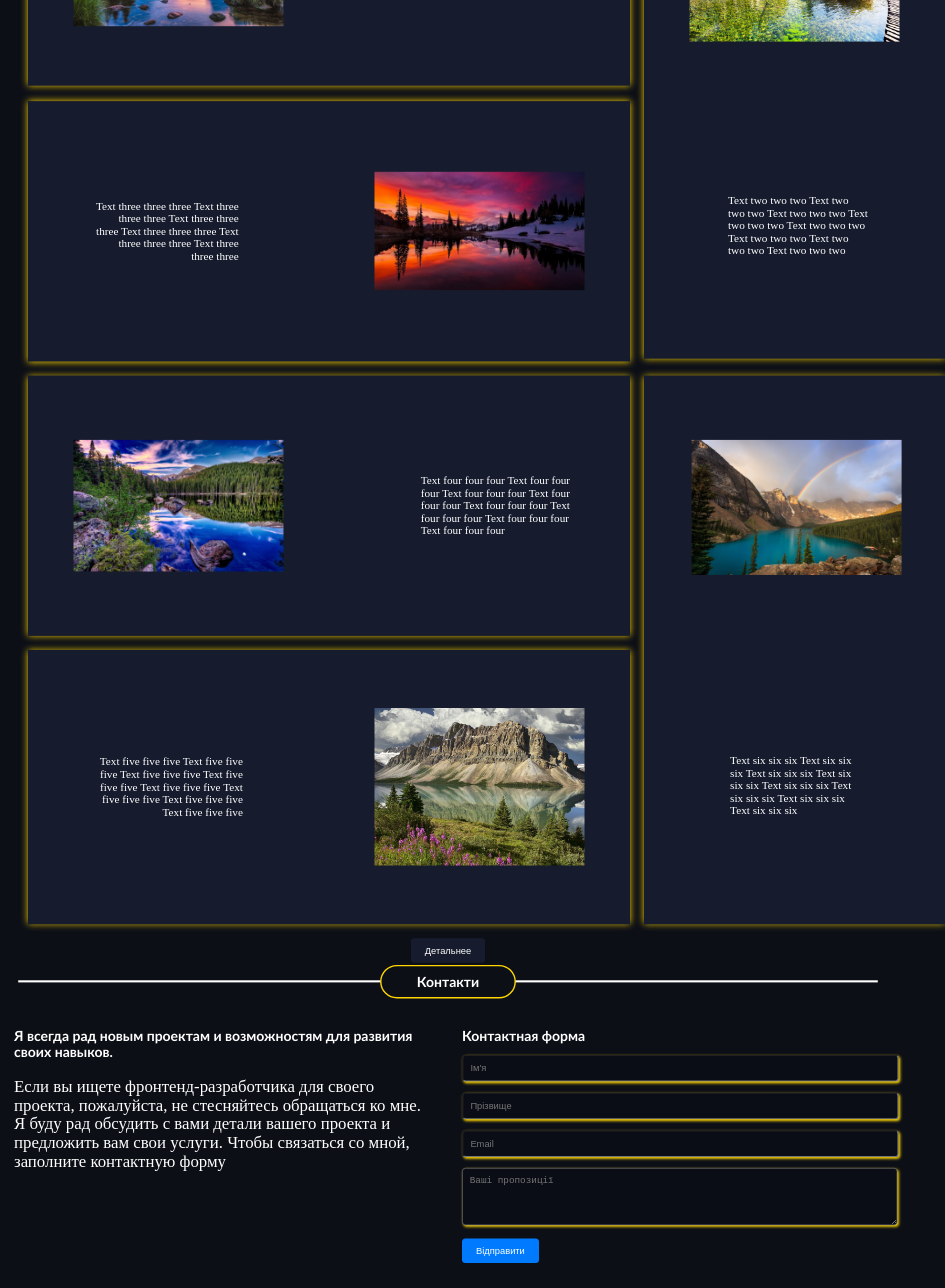
Repository: qtqqrdy13/cv-2
Page: index.html
An editor plug-in stored every save of this project. The page is shown before and after the next save, followed by the edit.
The browser window is 1280 px wide. The page is 1350 px wide, so the pictures cover 1350 px, including what lies to the right of the window. The pictures show the part of the page from y = 3228 to 5068 px (the page is 5068 px tall), at 70% of full size.

Above is the page before, as saved 2023-10-12 15:54:17.

### index.html
<!DOCTYPE html>
<html lang="en">

<head>
    <link rel="stylesheet" href="main.css">
    <meta charset="UTF-8">
    <meta name="viewport" content="width=device-width, initial-scale=1.0">
    <title>Батуров Олексій</title>
</head>

<body>
    <!--Navigation-->
    <header>
        <div class="logo">
            <img src="../cv 2/image/media/logo.png" alt="logo">
        </div>
        <nav>
            <ul>
                <li><a href="">Головна</a></li>
                <li><a href="#about">Про мене</a></li>
                <li><a href="#skills">Мої скіли</a></li>
                <li><a href="#portfolio">Портфоліо</a></li>
                <li><a href="">Контакти</a></li>
            </ul>
        </nav>
    </header>
    <!--Navigation-->

    <!--Two images-->
    <div class="container-top">
        <div class="img-container">
            <img class="img-1" src="../cv 2/image/code.gif" alt="">
            <img class="img-2" src="../cv 2/image/photo_2023-09-09_18-51-06.jpg" alt="">
        </div>
        <!--Two images-->

        <!--About Oleksiy-->
        <div class="container-text">
            <div id="about"></div>
            <div class="text-block">
                <h1>Олексій Батуров</h1>
            </div>
        </div>
    </div>
    <div class="description">
        <p>Я професіонал, чия пристрасть до веб-розробки
            помітна в кожному рядку коду, який я створюю.
            За час моєї практики я набув глибоких знань у
            різних галузях веб-технологій, включаючи HTML,
            CSS, JavaScript, а також популярні фреймворки
            та бібліотеки. Мої навички дозволяють мені
            створювати унікальні та сучасні веб-сайти,
            які поєднують у собі функціональність, стиль
            та оптимальну продуктивність. </p>
    </div>
    <!--About Oleksiy-->

    <!--Edge-->
    <div id="about_us">
        <div class="announcement">
            <h2 class="title">
                Скіли
            </h2>
        </div>
    </div>
    <!--Edge-->

    <!--Skills-->
    <div id="skills"></div>
    <div class="container">
        <div class="row">
            <div class="block">
                <h2>Скіли Дизайнера</h2>
                <div class="content">
                    <ul>
                        <li>Figma</li>
                        <li>Photoshop</li>
                        <li>Illustrator</li>
                        <li>Scratch</li>
                        <li>AdobeXD</li>
                        <li>Corel Draw</li>
                    </ul>
                </div>
            </div>
            <div class="block">
                <h2>Скіли Front-End розробника</h2>
                <div class="content">
                    <ul>
                        <li>HTML</li>
                        <li>CSS</li>
                        <li>JavaScript</li>
                        <li>ReactJS</li>
                        <li>ReactNative</li>
                        <li>AngularJS</li>
                        <li>NodeJS</li>
                        <li>VueJS</li>
                        <li>JQuerry</li>
                        <li>TypeScript</li>
                        <li>PHPMyAdmin</li>
                    </ul>
                </div>
            </div>
            <div class="block">
                <h2>Володіння CMS - платформами</h2>
                <div class="content">
                    <ul>
                        <li>WordPress</li>
                        <li>OpenCard</li>
                        <li>Joomla</li>
                        <li>Drupal</li>
                        <li>TYPEO3</li>
                    </ul>
                </div>
            </div>
        </div>
    </div>
    <!--Skills-->

    <!--Edge-->
    <div id="about_us">
        <div class="announcement">
            <h2 class="title">
                Портфоліо
            </h2>
        </div>
    </div>
    <!--Edge-->

    <!--Portfolio-->
    <div class="angry-grid">
        <div id="portfolio"></div>
        <div id="item-0">
            <img src="../cv 2/image/media/1.jpg" alt="Image 0" />
            <p>Text one one one Text one one one Text one one one Text one one one
                Text one one one Text one one one Text one one one Text one one one
            </p>
        </div>
        <div id="item-1">
            <img src="../cv 2/image/media/2.jpg" alt="Image 1" />
            <p>Text two two two Text two two two Text two two two Text two two two
                Text two two two Text two two two Text two two two Text two two two
            </p>
        </div>
        <div id="item-2">
            <div class="content-container">
                <p>Text three three three Text three three three Text three three three
                    Text three three three Text three three three Text three three three
                </p>
                <img src="../cv 2/image/media/3.jpg" alt="Image 2" />
            </div>
        </div>
        <div id="item-3">
            <img src="../cv 2/image/media/4.jpg" alt="Image 3" />
            <p>Text four four four Text four four four Text four four four Text four four four
                Text four four four Text four four four Text four four four Text four four four
            </p>
        </div>
        <div id="item-4">
            <div class="content-container">
                <p>Text five five five Text five five five Text five five five Text five five five
                    Text five five five Text five five five Text five five five Text five five five
                </p>
                <img src="../cv 2/image/media/5.jpg" alt="Image 4" />
            </div>
        </div>
        <div id="item-5">
            <img src="../cv 2/image/media/6.jpg" alt="Image 5" />
            <p>Text six six six Text six six six Text six six six Text six six six
                Text six six six Text six six six Text six six six Text six six six
            </p>
        </div>
    </div>

    <div class="detail-button">
        <button>Детальнее</button>
    </div>
    <!--Portfolio-->
    <!--Edge-->
    <div id="about_us">
        <div class="announcement">
            <h2 class="title">
                Контакти
            </h2>
        </div>
    </div>
    <!--Edge-->
    </div>
    <div class="container_contact">
        <div class="text">
            <h2>Я всегда рад новым проектам и возможностям для развития своих навыков. </h2>
            <p>Если вы ищете фронтенд-разработчика для своего проекта, пожалуйста, не стесняйтесь обращаться ко мне. Я
                буду рад обсудить с вами детали вашего проекта и предложить вам свои услуги.

                Чтобы связаться со мной, заполните контактную форму</p>
        </div>
        <div class="form">
            <h2>Контактная форма</h2>
            <form method="post">
                <div class="form-group">
                    <input type="text" id="name" name="name" placeholder="Ім'я" required>
                </div>
                <div class="form-group">
                    <input type="text" id="secondname" name="secondname" placeholder="Прізвище" required>
                </div>
                <div class="form-group">
                    <input type="text" id="email" name="email" placeholder="Email">
                </div>
                <div class="form-group">
                    <textarea id="message" name="message" rows="4" placeholder="Ваші пропозиції" required></textarea>
                </div>
                <div class="form-group">
                    <button type="submit">Відправити</button>
                </div>
            </form>
        </div>
    </div>
</body>

</html>

### main.css
body {
    background-color: #0d0f17;
    margin: 0;
    padding: 0;

}

/*Navigation*/
header {
    background-color: #161C2E;
    color: white;
    padding: 10px 0px;
    position: fixed;
    top: 0;
    width: 100%;
    display: flex;
    justify-content: space-between;
    align-items: center;
    z-index: 1000;
}

.logo img {
    height: 50px;
    margin-left: 50px;
}

nav ul {
    list-style: none;
    margin-right: 50px;
}

nav li {
    display: inline;
    margin-right: 50px;
    position: relative; /* Добавляем позицию относительно элементов меню */
}

nav a {
    text-decoration: none;
    color: white;
    font-weight: bold;
    font-size: 18px;
}

nav a:hover {
    color: gold;
    font-size: 18px;
    text-shadow: 0 0 10px gold;
    transform: scale(1.05);
    transition: transform 0.6s ease-in-out;
}

/* Добавляем стили для анимации */
nav li::before {
    content: "";
    position: absolute;
    width: 100%;
    height: 2px;
    background-color: gold;
    bottom: 0;
    left: 0;
    transform: scaleX(0); /* Изначально нулевая ширина */
    transform-origin: right;
    transition: transform 0.3s ease-in-out;
}

nav li::after {
    content: "";
    position: absolute;
    width: 100%;
    height: 2px;
    background-color: gold;
    bottom: 0;
    right: 0;
    transform: scaleX(0); /* Изначально нулевая ширина */
    transform-origin: left;
    transition: transform 0.3s ease-in-out;
}

nav li:hover::before,
nav li:hover::after {
    transform: scaleX(1); /* Увеличиваем ширину до 100% */
}


/*Two images*/
.container-top {
    display: flex;
    flex-direction: column;
    align-items: center;
    width: 100%;
    overflow: visible;
    position: relative;
}

.img-container {
    width: 100%;
    max-width: 100vw;
    position: relative;
    overflow: visible;
    order: 1;
}

.img-1 {
    width: 100%;
    height: 500px;
    position: relative;
}
.img-1:hover{
    animation: slideUp 2s ease-in-out infinite alternate;
}

.img-2 {
    width: 400px;
    height: 400px;
    max-width: 100%;
    position: absolute;
    top: calc(60% + 10%);
    left: 50%;
    transform: translateX(-50%);
    z-index: 2;
    border-radius: 50%;
    transition: transform 0.5s ease;
}

.img-2:hover {
    transform: translateX(-50%) rotate(360deg);
    animation: spin 2s linear infinite;
}

@keyframes spin {
    0% { transform: translateX(-50%) rotate(0deg); }
    100% { transform: translateX(-50%) rotate(360deg); }
}

@keyframes slideUp {
    0% {
        transform: translateY(0);
    }

    100% {
        transform: translateY(-20px);
    }
}

@media screen and(max-width: 768px) {
    .container {
        padding: 2px;
    }

    .img-1,
    .img-2 {
        height: auto;
    }
}

/*About Oleksiy*/
.container-text {
    display: flex;
    flex-direction: column;
    align-items: center;
    justify-content: center;
    height: 100vh;
    order: 2;
}

.text-block {
    width: 530px;
    height: 214px;
    font-size: 60px;
    text-align: center;
    color: white;
    animation: fadeIn 2s ease-in-out;
    margin: 0 auto;
}

.description {
    width: 700px;
    height: 256px;
    text-align: center;
    color: white;
    animation: slideIn 2s ease-in-out;
    margin: 0 auto;
    margin-bottom: 10%;
}

@keyframes fadeIn {
    0% {
        opacity: 0;
    }

    100% {
        opacity: 1;
    }
}

@keyframes slideIn {
    0% {
        transform: translateY(-20px);
        opacity: 0;
    }

    100% {
        transform: translateY(0);
        opacity: 1;
    }
}

/* Адаптация для мелких скринов */
@media (max-width: 600px) {
    .text-block {
        font-size: 36px;
    }

    .description {
        font-size: 18px;
    }
}

/* Адаптация для планшей */
@media (min-width: 601px) and (max-width: 1024px) {
    .text-block {
        font-size: 48px;
    }

    .description {
        font-size: 24px;
    }
}

@media (min-width: 1025px) {
    .text-block {
        font-size: 72px;
    }

    .description {
        font-size: 30px;
    }
}

/*Edge*/
.announcement {
    height: 3px;
    background-color: white;
    display: flex;
    justify-content: center;
    align-items: center;
    margin: 2% 2%;
}

.title {
    animation-name: fade-in;
    animation-duration: 0.3s;
    text-align: center;
    text-decoration: none;
    color: white;
    border: 2px solid gold;
    background-color: #0d0f17;
    border-radius: 30px;
    padding: 10px 50px;
}

.title:hover {

    color: gold;
    font-size: 26px;
    box-shadow: 0 0 6px gold;
}

@keyframes fade-in {
    from {
        opacity: 0;
    }

    to {
        opacity: 1;
    }
}

/*Skills*/
.container {
    display: flex;
    flex-direction: column;
    align-items: center;
}

.row {
    display: flex;
    flex-wrap: wrap;
    justify-content: space-between;
}

.block {
    border: 2px solid gold;
    margin: 10px;
    padding: 20px;
    animation: fade-in 1s ease-in-out;
    width: calc(50% - 20px);
    height: 400px;
    box-shadow: 1px 1px 6px gold;
    text-align: center;
    box-sizing: border-box;
    display: flex;
    flex-direction: column;
    justify-content: flex-start;
    align-items: center;
}

.block:hover {
    box-shadow: 2px 2px 12px gold;
}

h2 {
    font-size: 20px;
    font-family: 'Trebuchet MS', 'Lucida Sans Unicode', 'Lucida Grande', 'Lucida Sans', Arial, sans-serif;
    margin-top: 10px 0 0 0;
    color: white;
}

.content {
    display: flex;
    flex-direction: column;
    align-items: center;
    justify-content: center;
    height: 100%;
}

.content ul {
    list-style-type: square;
    padding-left: 20px;
    margin: 0;
}

h2:hover {
    font-size: 21px;
    text-shadow: 0px 0px 12px white;
}

.content li {
    font-size: 18px;
    color: white;
}

.content li:hover {
    font-size: 19px;
    text-shadow: 0px 0px 12px white;
}

@keyframes fade-in {
    0% {
        opacity: 0;
    }

    100% {
        opacity: 1;
    }
}

@media screen and (max-width: 1024px) {
    .block {
        padding: 10px;
        width: calc(50% - 20px);
        height: 250px;
    }

    .block h2 {
        font-size: 18px;
    }

    .content li {
        font-size: 16px;
    }
}

@media screen and (max-width: 750px) {
    .block {
        padding: 10px;
        width: calc(50% - 20px);
        height: 200px;
    }

    .block h2 {
        font-size: 16px;
    }

    .content li {
        font-size: 14px;
    }
}


@media screen and (min-width: 1200px) {
    .block {
        width: 400px;
        height: 400px;
    }

    .row {
        justify-content: center;
        width: calc(65% - 10px)
    }
}

/*Portfolio*/
.angry-grid {
    display: grid;
    grid-template-rows: 1fr 1fr 1fr 1fr;
    grid-template-columns: 1fr 1fr 1fr 1fr 1fr;
    margin: 0 auto;
    max-width: 1200px;
    padding: 0 15px;
}

#item-0 {
    background-color: #161C2E;
    grid-row-start: 1;
    grid-column-start: 1;
    grid-row-end: 2;
    grid-column-end: 3;
    margin-bottom: 20px;
    width: 860px;
    height: 370px;
    box-shadow: 0 0 10px gold;
    display: grid;
    grid-template-columns: 3fr 1fr;
    align-items: center;
    transition: transform 0.6s ease-in-out;
}

#item-0:hover {
    box-shadow: 0 0 18px gold;
    border-radius: 10px;
    transform: scale(1.05);
}

#item-0 img {
    max-width: 300px;
    max-height: 300px;
    margin-left: 65px;
}

#item-0 p {
    margin-right: 90px;
    margin-left: -90px;
    color: white;
}

#item-1 {
    background-color: #161C2E;
    grid-row-start: 1;
    grid-column-start: 3;
    grid-row-end: 3;
    grid-column-end: 4;
    margin-left: 20px;
    width: 430px;
    height: 760px;
    box-shadow: 0 0 10px gold;
    display: grid;
    grid-template-columns: 1fr;
    grid-template-rows: 1fr auto;
    align-items: center;
    justify-items: center;
    transition: transform 0.6s ease-in-out;
}

#item-1:hover {
    box-shadow: 0 0 18px gold;
    border-radius: 10px;
    transform: scale(1.05);
}

#item-1 img {
    max-width: 300px;
    max-height: 300px;
    margin-top: -100px;

}

#item-1 p {
    margin-right: 90px;
    margin-bottom: 125px;
    margin-left: 100px;
    color: white;
    padding: 20px;
}

#item-2 {
    background-color: #161C2E;
    grid-row-start: 2;
    grid-column-start: 1;
    grid-row-end: 3;
    grid-column-end: 3;
    margin-bottom: 20px;
    box-shadow: 0 0 10px gold;
    display: grid;
    grid-template-columns: 1fr;
    align-items: center;
    transition: transform 0.6s ease-in-out;
}

#item-2 .content-container {
    display: flex;
    flex-direction: row;
    align-items: center;
    justify-content: space-between;
}

#item-2 img {
    max-width: 300px;
    max-height: 300px;
    margin-right: 65px;
}

#item-2 p {
    flex: 1;
    margin-right: 20px;
    color: white;
    text-align: right;
    margin-right: 100px;
    padding: 94px;
}

#item-2:hover {
    box-shadow: 0 0 18px gold;
    border-radius: 10px;
    transform: scale(1.05);
}

#item-3 {
    background-color: #161C2E;
    grid-row-start: 3;
    grid-column-start: 1;
    grid-row-end: 4;
    grid-column-end: 3;
    margin-bottom: 20px;
    box-shadow: 0 0 10px gold;
    display: flex;
    align-items: center;
    justify-content: center;
    transition: transform 0.6s ease-in-out;
}

#item-3:hover {
    box-shadow: 0 0 18px gold;
    border-radius: 10px;
    transform: scale(1.05);
}

#item-3 img {
    max-width: 300px;
    max-height: 300px;
    margin-left: 65px;
}

#item-3 p {
    margin-right: -50px;
    margin-left: 71px;
    color: white;
    padding: 125px;
}

#item-4 {
    background-color: #161C2E;
    grid-row-start: 4;
    grid-column-start: 1;
    grid-row-end: 5;
    grid-column-end: 3;
    box-shadow: 0 0 10px gold;
    display: grid;
    grid-template-columns: 1fr auto;
    align-items: center;
    transition: transform 0.6s ease-in-out;
}

#item-4 .content-container {
    display: flex;
    flex-direction: row;
    align-items: center;
    justify-content: space-between;
    flex-wrap: nowrap;
}

#item-4 img {
    max-width: 300px;
    max-height: 300px;
    margin-right: 65px;
}

#item-4 p {
    color: white;
    text-align: right;
    margin-right: 129px;
    margin-left: 43px;
    padding: 59px;
}

#item-4:hover {
    box-shadow: 0 0 18px gold;
    border-radius: 10px;
    transform: scale(1.05);
}

#item-5 {
    background-color: #161C2E;
    grid-row-start: 3;
    grid-column-start: 3;
    grid-row-end: 5;
    grid-column-end: 4;
    margin-left: 20px;
    box-shadow: 0 0 10px gold;
    display: grid;
    grid-template-rows: 1fr auto;
    justify-content: center;
    align-items: center;
    align-content: space-between;
    transition: transform 0.6s ease-in-out;
}

#item-5 img {
    max-width: 300px;
    max-height: 300px;
    margin-top: -124px;
    margin-left: 68px;
}

#item-5 p {
    margin-right: 90px;
    margin-bottom: 130px;
    margin-left: 100px;
    color: white;
    padding: 23px;
}

#item-5:hover {
    box-shadow: 0 0 18px gold;
    border-radius: 10px;
    transform: scale(1.05);
}

@media (max-width: 768px) {
    .angry-grid {
        grid-template-columns: 1fr 1fr;
        max-width: 768px;
        margin-left: 0;
    }
}

@media (min-width: 1313px) {
    .angry-grid {
        max-width: 1313px;
        padding: 45px 20px;
    }
}

/* Стили для .detail-button */
.detail-button {
    text-align: center;
    margin-top: 20px;
}

.detail-button button {
    padding: 10px 20px;
    background-color: #161C2E;
    color: white;
    border: none;
    border-radius: 5px;
    cursor: pointer;
}

.detail-button button:hover {
    background-color: #161C2E;
    box-shadow: 0 0 12px white;
}
.container_contact {
    display: flex;
    justify-content: space-between;
    border-radius:15px;

}
.text p{
    color:white;
    font-size:24px;
}
.text {
    flex: 1;
    padding: 20px;
}

.form {
    flex: 1;
    padding: 20px;
    border-radius: 5px;
    border:none;
}

.form-group {
    margin-bottom: 15px;
}

.form-group label {
    display: block;
    margin-bottom: 5px;
    font-weight: bold;

}

.form-group input[type="text"],
.form-group textarea {
    width: 100%;
    padding: 10px;
    border-radius: 5px;
    background-color:#0a0d15;
    box-shadow:2px 2px 4px gold;
}
.form-group input[type="text"]:focus,
.form-group textarea:focus{
border:none;
}
.form-group button {
    background-color: #007BFF;
    color: #fff;
    border: none;
    padding: 10px 20px;
    border-radius: 5px;
    cursor: pointer;
}

.form-group button:hover {
    background-color: #0056b3;
}

After the next save:
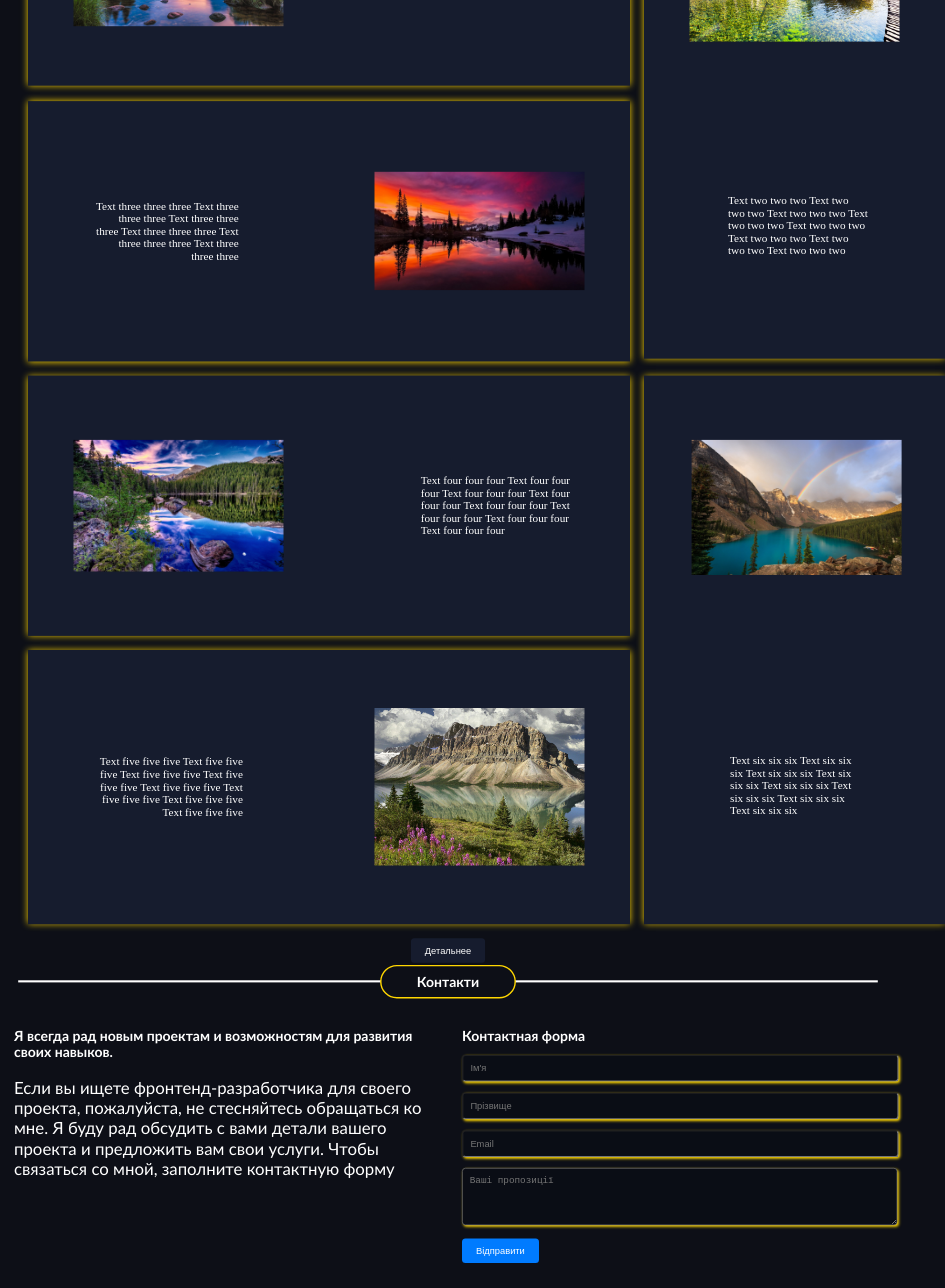
Saved 57 s later.
--- a/main.css
+++ b/main.css
@@ -680,6 +680,7 @@ h2:hover {
 .text p{
     color:white;
     font-size:24px;
+    font-family:'Trebuchet MS', 'Lucida Sans Unicode', 'Lucida Grande', 'Lucida Sans', Arial, sans-serif;
 }
 .text {
     flex: 1;
